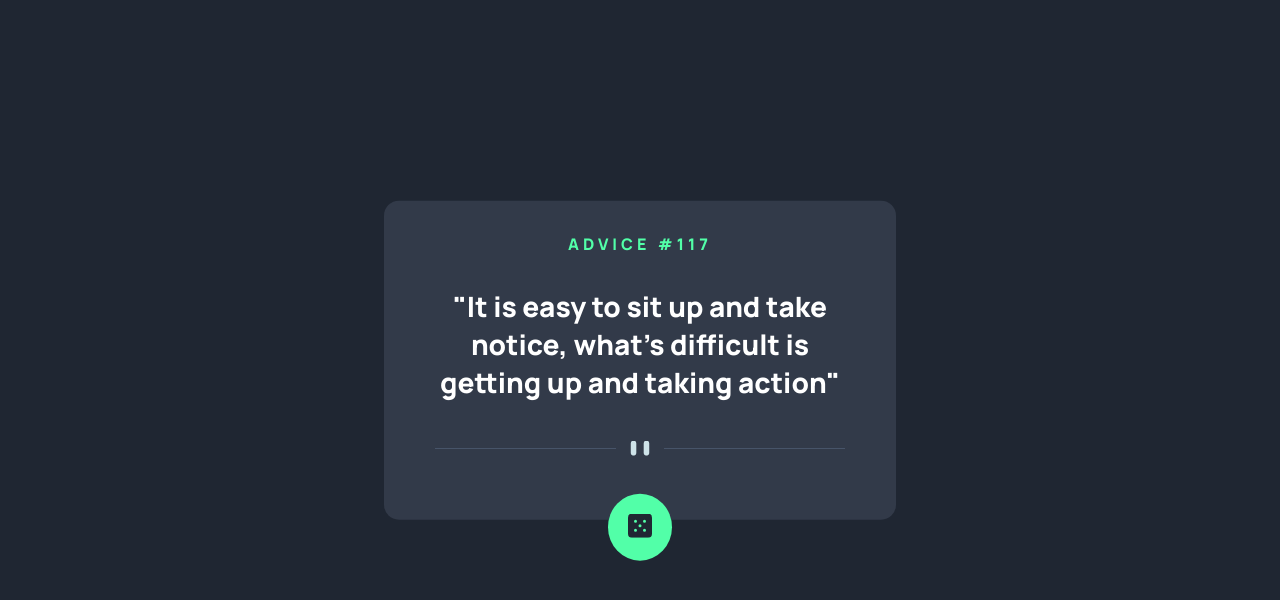
Repository: WindOfCodes/advice-generator-app
Page: index.html
The author's editor kept a copy of each file at every save. The page is drawn from the files as they stood at one save, then again after the next save.
The browser window is 1280 px wide. The pictures show the whole page.

Above is the page before, as saved 2022-11-28 22:31:31.

After the next save:
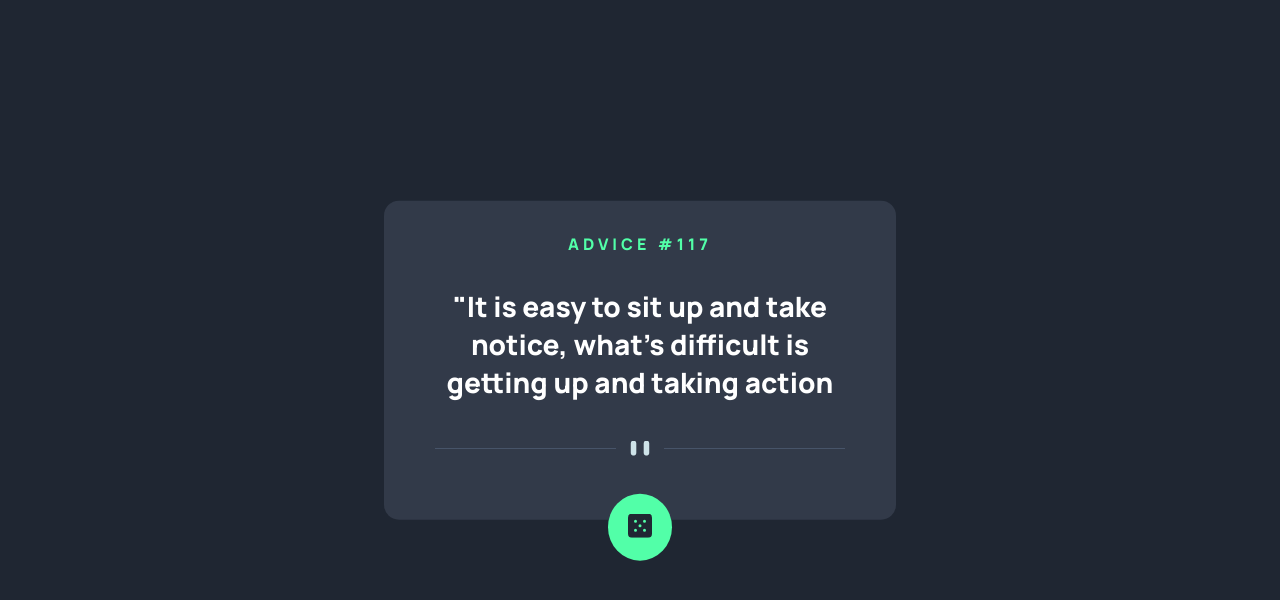
Saved 79 s later.
--- a/index.html
+++ b/index.html
@@ -13,7 +13,7 @@
     <div class="card">
       <span class="number">advice #117</span>
       <span class="quote">
-        "It is easy to sit up and take notice, what's difficult is getting up and taking action"
+        "It is easy to sit up and take notice, what's difficult is getting up and taking action
       </span>
       <img class="line" src="./images/pattern-divider-desktop.svg" />
       <button class="dice">
